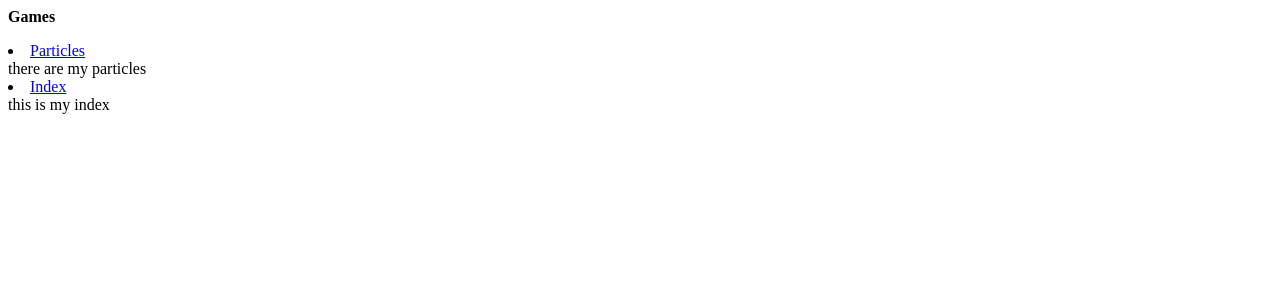
Repository: StevenZsombo/games
Page: docs/index_github.html
An editor plug-in stored every save of this project. The page is shown before and after the next save, followed by the edit.
The browser window is 1280 px wide. The pictures show the whole page.

Above is the page before, as saved 2025-07-03 09:38:23.

After the next save:
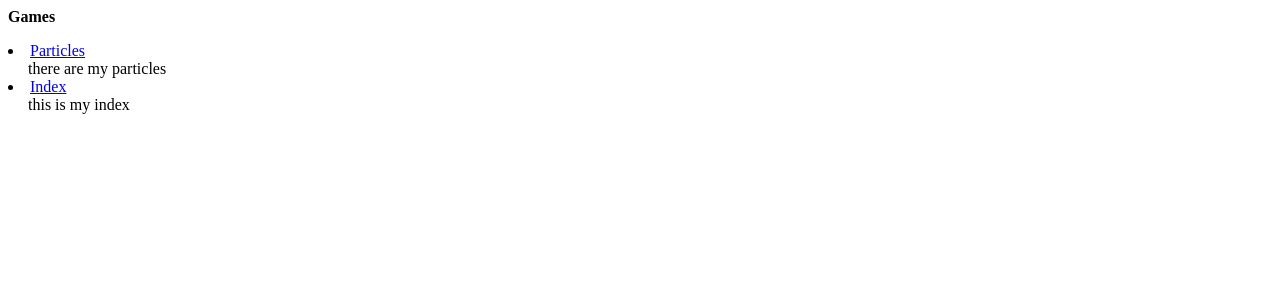
Saved 10 min 41 s later.
--- a/docs/index_github.html
+++ b/docs/index_github.html
@@ -13,12 +13,12 @@
         Particles: "there are my particles",
         Index: "this is my index"
     }
+    //will append "particles.html" with the given text
 
     for (let [file, txt] of Object.entries(files)) {
         const listitem = document.createElement('li')
         listitem.innerHTML = `<a href="${file.toLowerCase()}.html">${file}</a>
-        <br>
-        ${txt}`
+        <br>&nbsp;&nbsp;&nbsp;&nbsp;        ${txt}`
         document.body.appendChild(listitem)
     }
 
